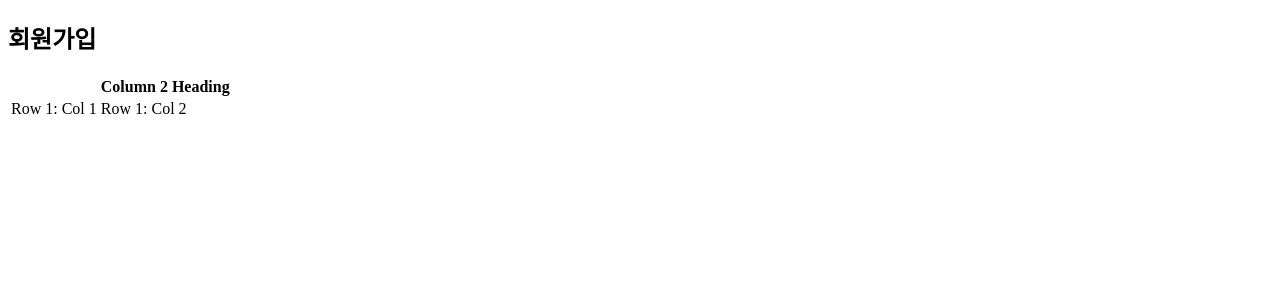
Repository: back-seung/academy
Page: http://localhost/SpringDay01/memberInputForm
An editor plug-in stored every save of this project. The page is shown before and after the next save, followed by the edit.
The browser window is 1280 px wide. The pictures show the whole page.
The page is served by Tomcat 9.

Above is the page before, as saved 2021-11-22 07:38:16.

After the next save:
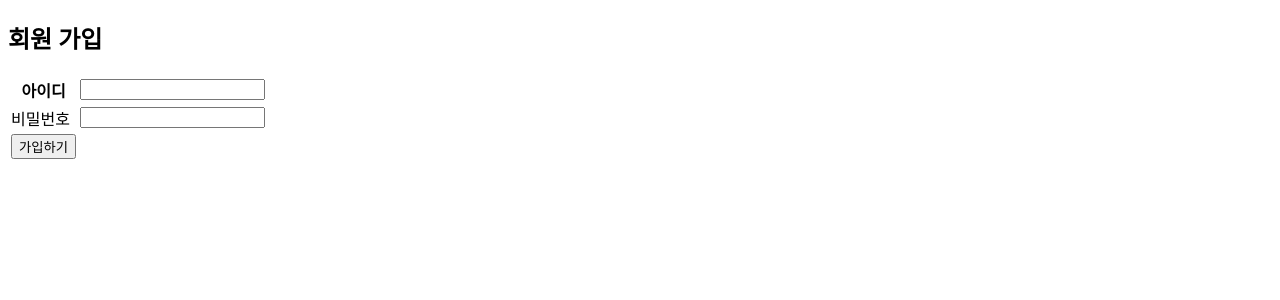
Saved 4 min 16 s later.
--- a/SpringDay01/src/main/webapp/WEB-INF/views/memberInput.jsp
+++ b/SpringDay01/src/main/webapp/WEB-INF/views/memberInput.jsp
@@ -2,23 +2,26 @@
     pageEncoding="UTF-8"%>
 <!DOCTYPE html>
 <html>
-<head>
-<meta charset="UTF-8">
-<title>Insert title here</title>
-</head>
-<body>
-<form action="">
-<table>
-<h2>회원가입</h2>
-  <tr>
-    <th></th>
-    <th>Column 2 Heading</th>
-  </tr>
-  <tr>
-    <td>Row 1: Col 1</td>
-    <td>Row 1: Col 2</td>
-  </tr>
-</table>
-</form>
-</body>
+  <head>
+    <meta charset="UTF-8" />
+    <title>Insert title here</title>
+  </head>
+  <body>
+    <form action="memberInputForm" method="GET">
+      <h2>회원 가입</h2>
+      <table>
+        <tr>
+          <th>아이디</th>
+          <th><input id="id" type="text" name="id" /></th>
+        </tr>
+        <tr>
+          <td>비밀번호</td>
+          <td><input id="pw" type="text" name="pw" /></td>
+        </tr>
+        <tr>
+          <td><input type="submit" value="가입하기" /></td>
+        </tr>
+      </table>
+    </form>
+  </body>
 </html>
